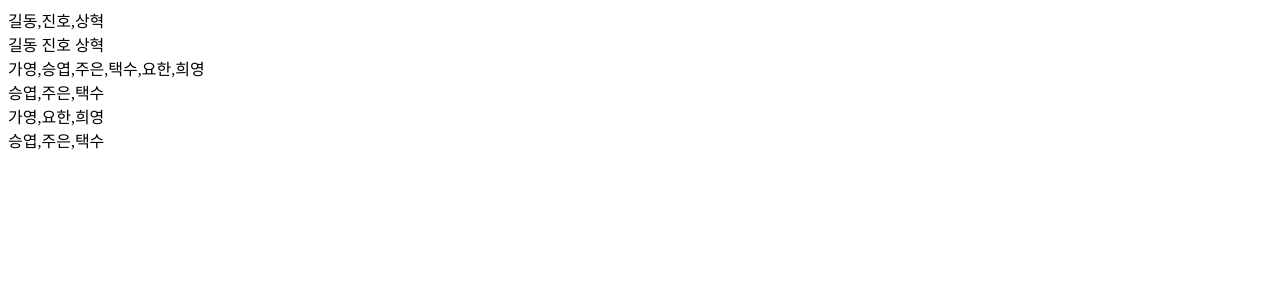
Repository: RyuJelly/java_web
Page: JavaScript/WebContent/inner/i_exam01.html
An editor plug-in stored every save of this project. The page is shown before and after the next save, followed by the edit.
The browser window is 1280 px wide. The pictures show the whole page.

Above is the page before, as saved 2021-03-10 06:34:31.

### JavaScript/WebContent/inner/i_exam01.html
<!DOCTYPE html>
<html>
<head>
<meta charset="UTF-8">
<title>Insert title here</title>
<script type="text/javascript">
	var arr1 = [];

	arr1[0] = "길동";
	arr1[1] = "진호";
	arr1[2] = "상혁";

	var arr2 = new Array(3);

	arr2[0] = "택수";
	arr2[1] = "요한";
	arr2[2] = "희영";

	var arr3 = new Array("가영", "승엽", "주은");

	// 배열 => 문자열
	document.write(arr1.toString() + "<br>");	// ,를 기준
	document.write(arr1.join(" ") + "<br>");	// 본인 기준

	// 배열추가
	var arr4 = arr3.concat(arr2);
	document.write(arr4.toString() + "<br>");
	//가영,승엽,주은,택수,요한,희영

	// 배열 부분추출(java: subString())
	var arr5 = arr4.slice(1,4);
	document.write(arr5.toString() + "<br>");

	// 배열 부분삭제(splice(인덱스, 개수))
	var arr6 = arr4.splice(1,3);
	document.write(arr4.toString() + "<br>");
	document.write(arr6.toString() + "<br>");

</script>
</head>
<body>

</body>
</html>

After the next save:
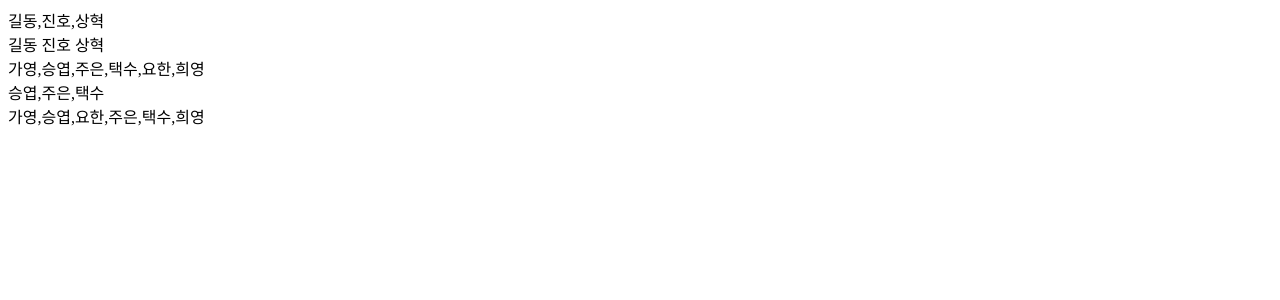
Saved 2 min 18 s later.
--- a/JavaScript/WebContent/inner/i_exam01.html
+++ b/JavaScript/WebContent/inner/i_exam01.html
@@ -32,9 +32,13 @@
 	document.write(arr5.toString() + "<br>");
 
 	// 배열 부분삭제(splice(인덱스, 개수))
-	var arr6 = arr4.splice(1,3);
+/* 	var arr6 = arr4.splice(1,3);
 	document.write(arr4.toString() + "<br>");
-	document.write(arr6.toString() + "<br>");
+	document.write(arr6.toString() + "<br>"); */
+
+	// 정렬
+	var arr7 = arr4.sort();	// 오름차순
+	document.write(arr7.toString() + "<br>");
 
 </script>
 </head>
